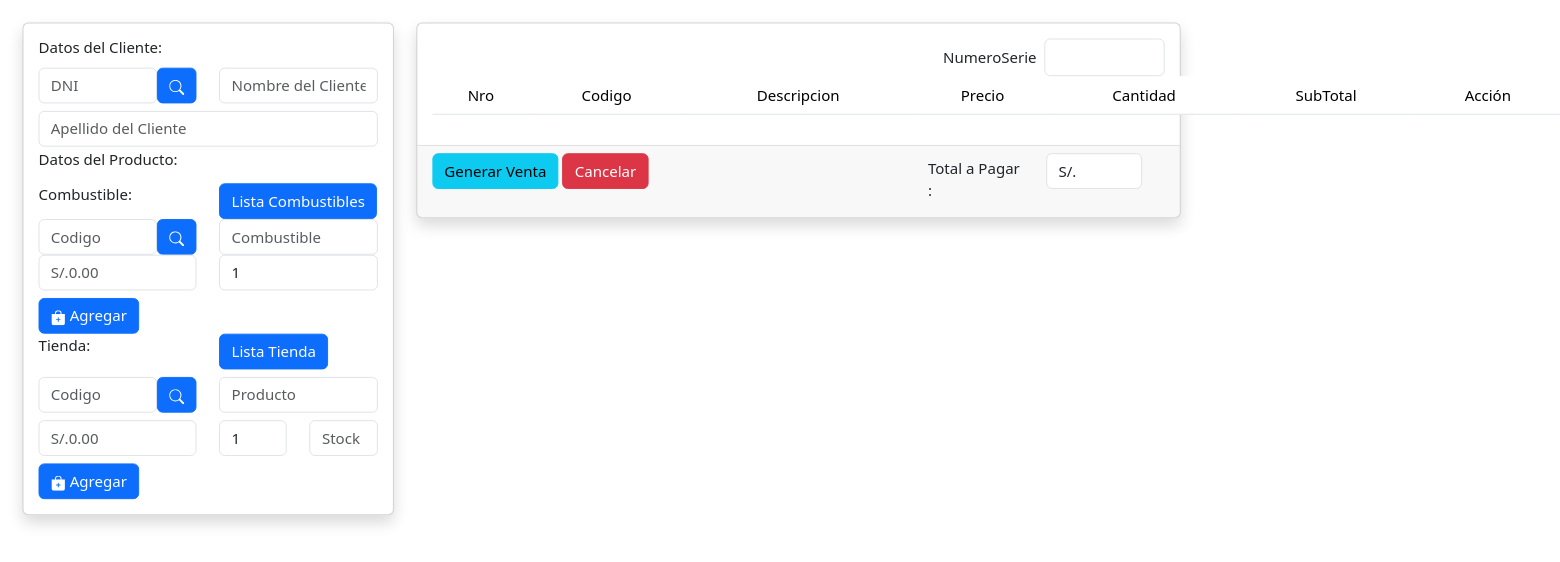
Repository: alexpool1122/evaluaciones
Page: http://localhost/Centenario2023/Ventas.jsp
These files come from the project's save history. The page is drawn as it stood at one moment and after the next save; the edit follows.
The browser window is 1280 px wide. The page is 1660 px wide, then 1460 px, so the pictures cover 1660 px, including what lies to the right of the window. The pictures show the whole page, at 94% of full size.
The page is served by Tomcat 10. The template is opened directly, without the code that normally fills it, so the values that code supplies are empty.

Above is the page before, as saved 2023-06-30 13:38:43.

After the next save:
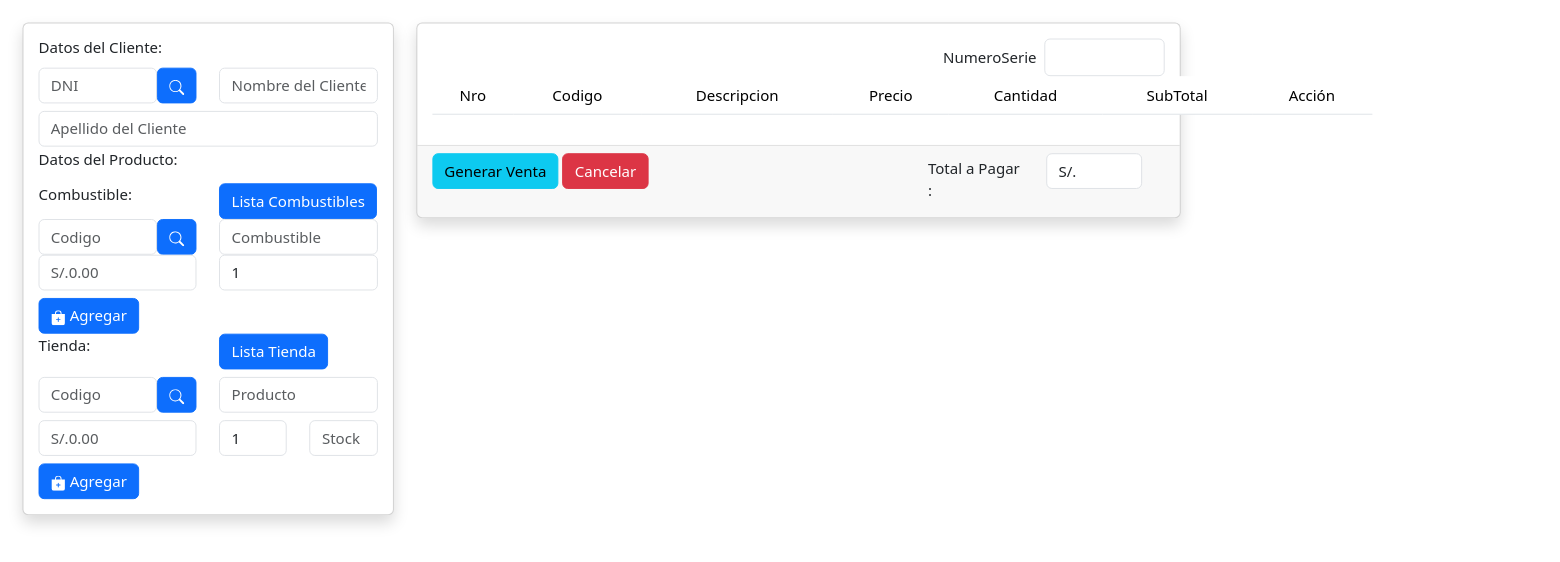
Saved 11 s later.
--- a/ProyectoFinal/Proyecto/Centenario2023/src/main/webapp/Ventas.jsp
+++ b/ProyectoFinal/Proyecto/Centenario2023/src/main/webapp/Ventas.jsp
@@ -241,7 +241,7 @@
 								<input type="text" class="form-control" value="${nSerie}">
 							</div>
 						</div>
-						<table class="table" style="width: 1200px">
+						<table class="table" style="width: 1000px">
 							<tr class="text-center">
 								<td>Nro</td>
 								<td>Codigo</td>
